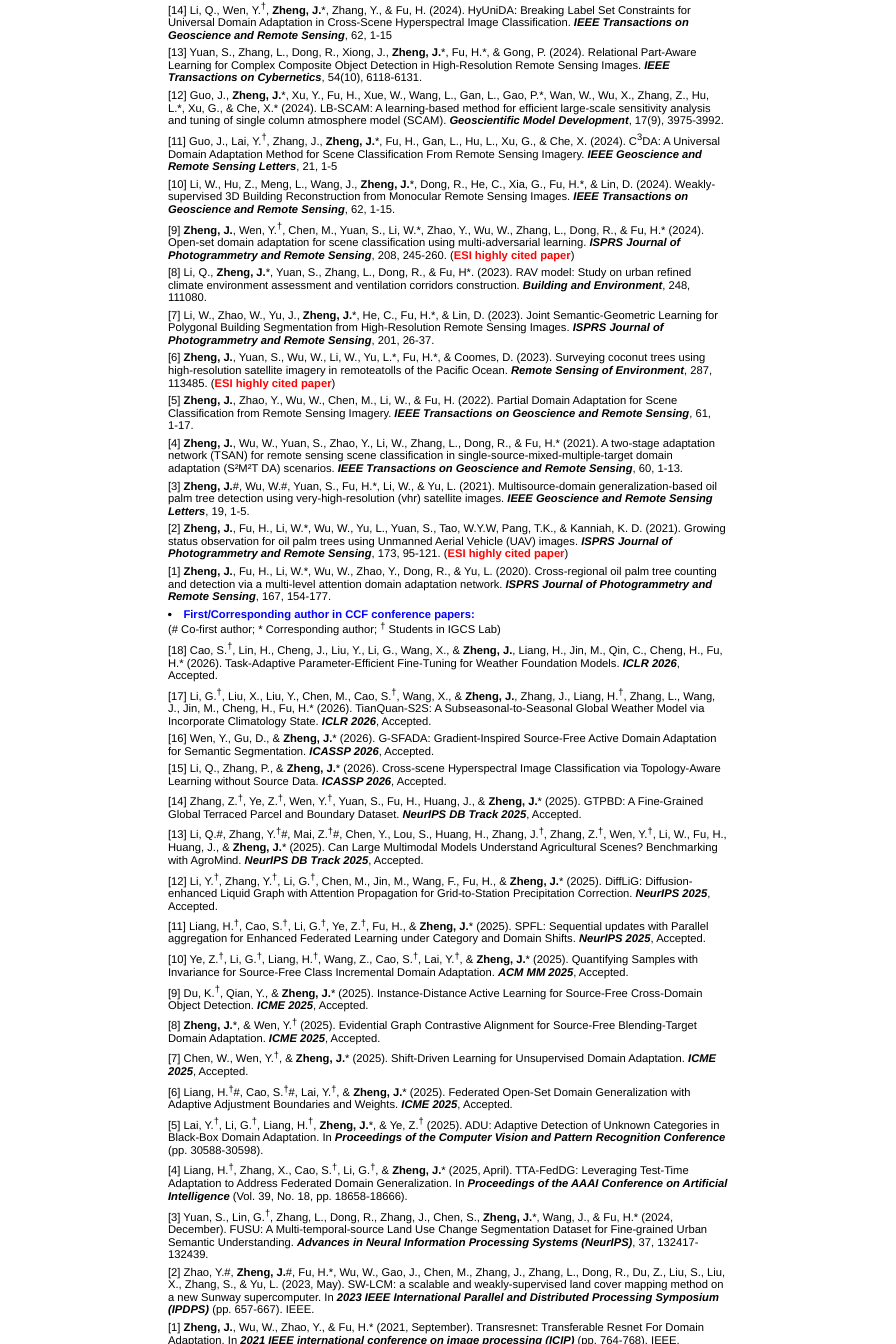
Repository: rssysu/rssysu.github.io
Page: assets/resume/zjp.html
The author's editor kept a copy of each file at every save. The page is drawn from the files as they stood at one save, then again after the next save.
The browser window is 1280 px wide. The pictures show the part of the page from y = 2365 to 4285 px (the page is 4692 px tall), at 70% of full size.

Above is the page before, as saved 2026-01-27 11:29:49.

### assets/resume/zjp.html
<!DOCTYPE html>
<html xmlns="http://www.w3.org/1999/xhtml" lang="" xml:lang="">
<head>
  <meta charset="utf-8" />
  <meta name="generator" content="pandoc" />
  <meta name="viewport" content="width=device-width, initial-scale=1.0, user-scalable=yes" />
  <title>zjp</title>
  <style>
    code{white-space: pre-wrap;}
    span.smallcaps{font-variant: small-caps;}
    div.columns{display: flex; gap: min(4vw, 1.5em);}
    div.column{flex: auto; overflow-x: auto;}
    div.hanging-indent{margin-left: 1.5em; text-indent: -1.5em;}
    /* The extra [class] is a hack that increases specificity enough to
       override a similar rule in reveal.js */
    ul.task-list[class]{list-style: none;}
    ul.task-list li input[type="checkbox"] {
      font-size: inherit;
      width: 0.8em;
      margin: 0 0.8em 0.2em -1.6em;
      vertical-align: middle;
    }
    .display.math{display: block; text-align: center; margin: 0.5rem auto;}
  </style>
  <link rel="stylesheet" href="style.css" />
</head>
<body>
<h1 id="juepeng-zheng">Juepeng Zheng</h1>
<table>
<tbody>
<tr class="odd">
<td>zhengjp8@mail.sysu.edu.cn</td>
<td style="text-align: left;"></td>
</tr>
<tr class="even">
<td>+8618916373612</td>
<td style="text-align: left;"></td>
</tr>
</tbody>
</table>
<h2 id="work-experience">Work Experience</h2>
<dl>
<dt>2026.1-Present</dt>
<dd>
<p><strong>Sun Yat‑Sen University</strong></p>
<ul>
<li>Associate Professor in School of Artificial Intelligence</li>
</ul>
</dd>
<dt>2023.4-2025.12</dt>
<dd>
<p><strong>Sun Yat‑Sen University</strong></p>
<ul>
<li>Assistant Professor in School of Artificial Intelligence</li>
</ul>
</dd>
<dt>2014.9-2016.9</dt>
<dd>
<p><strong>People’s Armed Police</strong></p>
<ul>
<li>Soldier</li>
</ul>
</dd>
</dl>
<h2 id="education">Education</h2>
<dl>
<dt>2019.9-2023.4</dt>
<dd>
<p><strong>PH.D., DEPARTMENT OF EARTH SYSTEM SCIENCE; Tsinghua
University</strong></p>
<ul>
<li>Advisor: <a
href="http://www.thuhpgc.net/mediawiki/index.php/Haohuan_Fu">Prof.Haohuan
Fu</a></li>
</ul>
</dd>
<dt>2013.9-2019.6</dt>
<dd>
<p><strong>B.S., SCHOOL OF SURVEYING AND GEO‑INFOMATICS; Tongji University</strong></p>
<ul>
<li>Advisor: <a href="https://celiang.tongji.edu.cn/info/1300/2401.htm">Prof.Huan Xie</a></li>
</ul>
</dd>
</dl>
<h2 id="courses">Courses</h2>
<dl>
<dt>Undergraduate</dt>
<dd>
<p><strong>Digital Signal Processing &amp; Experiment of Digital Signal
Processing</strong></p>
<ul>
<li>2023/2024/2025 Fall</li>
</ul>
</dd>
<dt>Graduate</dt>
<dd>
<p><strong>Deep Learning</strong></p>
<ul>
<li>2023/2024/2025 Fall</li>
</ul>
</dd>
</dl>
<h2 id="project">Project</h2>
<dl>
<dt>2025-2027</dt>
<dd>
<p><strong>Growing Status Observation of Individual Trees</strong></p>
<ul>
<li>National Natural Science Foundation of China</li>
</ul>
</dd>
<dt>2024-2026</dt>
<dd>
<p><strong>High‑Resolution Land Dataset Production</strong></p>
<ul>
<li>National Key Research and Development Plan</li>
</ul>
</dd>
<dt>2026-2028</dt>
<dd>
<p><strong>High-Resolution Regional Weather Forecasting with AI</strong></p>
<ul>
<li>Guangdong Science &amp; Technology Department</li>
</ul>
</dd>
<dt>2024-2025</dt>
<dd>
<p><strong>Multi-Scale and Spatiotemporal Sub-Seasonal Forecast</strong></p>
<ul>
<li>Huawei</li>
</ul>
</dd>
<dt>2024-2025</dt>
<dd>
<p><strong>AI Generation of Engineering Report</strong></p>
<ul>
<li>Shanghai Urban Construction Design and Research Institute</li>
</ul>
</dd>
<dt>2023-2024</dt>
<dd>
<p><strong>AI‑based VOCs Retracing and Simulation</strong></p>
<ul>
<li>Yanshan Petrochemical Company</li>
</ul>
</dd>
</dl>
<h2 id="professional-service">Professional Service</h2>
<p><strong>Guest Editor</strong></p>
<p>Remote Sensing</p>
<p>Forests</p>
<p><strong>Reviewer</strong></p>
<p>SCI Journals:</p>
<ul>
<li>Remote Sensing of Environment, ISPRS Journal of Photogrammetry and Remote Sensing, IEEE Transactions on Multimedia, IEEE Transactions on Neural Networks and Learning Systems, IEEE Transactions on Geoscience and Remote Sensing, Science of Remote Sensing, Scientific Data, GIScience &amp; Remote Sensing, International Journal of Digital Earth, Computers and Electronics in Agriculture, IEEE Journal of Selected Topics in Applied Earth Observations and Remote Sensing, Future Generation Computer Systems, etc.</li>
</ul>
<p>CCF Conferences:</p>
<ul>
<li>ICML (25'), ICLR (25'/26'), NeurIPS (24'/25'), CVPR (25'), ICCV (25'), ACL (26'), AAAI (26'), ACM MM (24'/25'), IJCAI (24'/25'), etc.</li>
</ul>
<h2 id="publication">Publication</h2>
<li><b><font color="blue">First/Corresponding author in SCI papers:</font></b></li>
<p>(# Co-first author; * Corresponding author; <sup>&#8224</sup> Students in IGCS Lab)</p>
<p>[23] <b>Zheng, J.</b>, Ye, Z.<sup>&#8224</sup>, Wen, Y.<sup>&#8224</sup>, Huang, J.*, Zhang, Z.<sup>&#8224</sup>, Li, Q.*, Hu, Q., Xu, B., Zhao, L., &amp; Fu, H. (2026). A Comprehensive Review of Agricultural Parcel and Boundary Delineation from Remote Sensing Images: Recent Progress and Future Perspectives. <b><em>IEEE Geoscience and Remote Sensing Magazine</em></b>, Accepted.</p>
<p>[22] Guo, J., <b>Zheng, J.</b>*, Liang, Y.<sup>&#8224</sup>, Wen, Y.<sup>&#8224</sup>, Yu, B., Hu, J., Huang, J., &amp; Fu, H. (2026). Towards Cross-Regional Land Cover Mapping Using Regional Consistency and Certainty-based Active Domain Adaptation with Limited Annotations. <b><em>IEEE Journal of Selected Topics in Applied Earth Observations and Remote Sensing</em></b>, Accepted.</p>
<p>[21] Wang, W., <b>Zheng, J.</b>*, Ren, B., Yin, Z., Wan, W., Wang, Y., Gan, L., Zhang, Z., Zhang, W., Fu, H., &amp; Chen, X. (2025). Accelerating 3D Seismic Wave Simulations on ARM Using a Hybrid Half-Precision and Scalable Vector Extension Approach. <b><em>Geophysical Journal International</em></b>, Accepted.</p>
<p>[20] <b>Zheng, J.</b>, Li, G.<sup>&#8224</sup>, Wen, Y.<sup>&#8224</sup>, Zhang, J., Dong, R., &amp; Fu, H.* (2025). Evidential Graph Contrastive Alignment for Source-Free Blending-Target Domain Adaptation. <b><em>IEEE Transactions on Neural Networks and Learning Systems</em></b>, Early Access.</p>
<p>[19] Li, Q., Zhang, Y.<sup>&#8224</sup>, <b>Zheng, J.</b>*, Zhang, Y., Huang, J., &amp; Fu, H. (2025). Boosting Universal Domain Adaptation in Remote Sensing with Dual-Classifiers Consistency Discrimination and Cross-Domain Feature Mixup. <b><em>IEEE Transactions on Geoscience and Remote Sensing</em></b>, 63, 1-15.</p>
<p>[18] Liang, Y.#<sup>&#8224</sup>, Cao, S.#<sup>&#8224</sup>, <b>Zheng, J.</b>*, Zhang, X., Huang, J., &amp; Fu, H. (2025). Low Saturation Confidence Distribution-based Test-Time Adaptation for Cross-Domain Remote Sensing Image Classification. <b><em>International Journal of Applied Earth Observation and Geoinformation</em></b>, 139, 104463.</p>
<p>[17] Chen, W., Wen, Y.<sup>&#8224</sup>, <b>Zheng, J.</b>*, Huang, J., &amp; Fu, H. (2025). BAN: A Universal Paradigm For Cross-Scene Classification Under Noisy Annotations From RGB And Hyperspectral Remote Sensing Images. <b><em>IEEE Transactions on Geoscience and Remote Sensing</em></b>, 63, 1-13.</p>
<p>[16] Wu, X., Hu, L., <b>Zheng, J.</b>*, Wang, L., Lu, H., &amp; Fu, H. (2025). A Multilevel Surrogate Model-Based Precipitation Parameter Tuning Method for CAM5 Using Remote Sensing Data for Validation. <b><em>Remote Sensing</em></b>, 17(3), 408.</p>
<p>[15] <b>Zheng, J.</b>#, Yuan, S.#, Li, W.*, Fu, H.*, Yu, L., &amp; Huang, J. (2025). A review of individual tree crown detection and delineation from optical remote sensing images. <b><em>IEEE Geoscience and Remote Sensing Magazine</em></b>, 13(1), 209-236.</p>
<p>[14] Li, Q., Wen, Y.<sup>&#8224</sup>, <b>Zheng, J.</b>*, Zhang, Y., &amp; Fu, H. (2024). HyUniDA: Breaking Label Set Constraints for Universal Domain Adaptation in Cross-Scene Hyperspectral Image Classification. <b><em>IEEE Transactions on Geoscience and Remote Sensing</em></b>, 62, 1-15</p>
<p>[13] Yuan, S., Zhang, L., Dong, R., Xiong, J., <b>Zheng, J.</b>*, Fu, H.*, &amp; Gong, P. (2024). Relational Part-Aware Learning for Complex Composite Object Detection in High-Resolution Remote Sensing Images. <b><em>IEEE Transactions on Cybernetics</em></b>, 54(10), 6118-6131.</p>
<p>[12] Guo, J., <b>Zheng, J.</b>*, Xu, Y., Fu, H., Xue, W., Wang, L., Gan, L., Gao, P.*, Wan, W., Wu, X., Zhang, Z., Hu, L.*, Xu, G., &amp; Che, X.* (2024). LB-SCAM: A learning-based method for efficient large-scale sensitivity analysis and tuning of single column atmosphere model (SCAM). <b><em>Geoscientific Model Development</em></b>, 17(9), 3975-3992.</p>
<p>[11] Guo, J., Lai, Y.<sup>&#8224</sup>, Zhang, J., <b>Zheng, J.</b>*, Fu, H., Gan, L., Hu, L., Xu, G., &amp; Che, X. (2024). C<sup>3</sup>DA: A Universal Domain Adaptation Method for Scene Classification From Remote Sensing Imagery. <b><em>IEEE Geoscience and Remote Sensing Letters</em></b>, 21, 1-5</p>
<p>[10] Li, W., Hu, Z., Meng, L., Wang, J., <b>Zheng, J.</b>*, Dong, R., He, C., Xia, G., Fu, H.*, &amp; Lin, D. (2024). Weakly-supervised 3D Building Reconstruction from Monocular Remote Sensing Images. <b><em>IEEE Transactions on Geoscience and Remote Sensing</em></b>, 62, 1-15.</p>
<p>[9] <b>Zheng, J.</b>, Wen, Y.<sup>&#8224</sup>, Chen, M., Yuan, S., Li, W.*, Zhao, Y., Wu, W., Zhang, L., Dong, R., &amp; Fu, H.* (2024). Open‑set domain adaptation for scene classification using multi‑adversarial learning. <b><em>ISPRS Journal of Photogrammetry and Remote Sensing</em></b>, 208, 245‑260. (<b><font color="red">ESI highly cited paper</font></b>)</p>
<p>[8] Li, Q., <b>Zheng, J.</b>*, Yuan, S., Zhang, L., Dong, R., &amp; Fu, H*. (2023). RAV model: Study on urban refined climate environment assessment and ventilation corridors construction. <b><em>Building and Environment</em></b>, 248, 111080.</p>
<p>[7] Li, W., Zhao, W., Yu, J., <b>Zheng, J.</b>*, He, C., Fu, H.*, &amp; Lin, D. (2023). Joint Semantic‑Geometric Learning for Polygonal Building Segmentation from High‑Resolution Remote Sensing Images. <b><em>ISPRS Journal of Photogrammetry and Remote Sensing</em></b>, 201, 26‑37.</p>
<p>[6] <b>Zheng, J.</b>, Yuan, S., Wu, W., Li, W., Yu, L.*, Fu, H.*, &amp; Coomes, D. (2023). Surveying coconut trees using high‑resolution satellite imagery in remoteatolls of the Pacific Ocean. <b><em>Remote Sensing of Environment</em></b>, 287, 113485. (<b><font color="red">ESI highly cited paper</font></b>)</p>
<p>[5] <b>Zheng, J.</b>, Zhao, Y., Wu, W., Chen, M., Li, W., &amp; Fu, H. (2022). Partial Domain Adaptation for Scene Classification from Remote Sensing Imagery. <b><em>IEEE Transactions on Geoscience and Remote Sensing</em></b>, 61, 1‑17.</p>
<p>[4] <b>Zheng, J.</b>, Wu, W., Yuan, S., Zhao, Y., Li, W., Zhang, L., Dong, R., &amp; Fu, H.* (2021). A two‑stage adaptation network (TSAN) for remote sensing scene classification in single‑source‑mixed‑multiple‑target domain adaptation (S²M²T DA) scenarios. <b><em>IEEE Transactions on Geoscience and Remote Sensing</em></b>, 60, 1‑13.</p>
<p>[3] <b>Zheng, J.</b>#, Wu, W.#, Yuan, S., Fu, H.*, Li, W., &amp; Yu, L. (2021). Multisource‑domain generalization‑based oil palm tree detection using very‑high‑resolution (vhr) satellite images. <b><em>IEEE Geoscience and Remote Sensing Letters</em></b>, 19, 1‑5.</p>
<p>[2] <b>Zheng, J.</b>, Fu, H., Li, W.*, Wu, W., Yu, L., Yuan, S., Tao, W.Y.W, Pang, T.K., &amp; Kanniah, K. D. (2021). Growing status observation for oil palm trees using Unmanned Aerial Vehicle (UAV) images. <b><em>ISPRS Journal of Photogrammetry and Remote Sensing</em></b>, 173, 95‑121. (<b><font color="red">ESI highly cited paper</font></b>)</p>
<p>[1] <b>Zheng, J.</b>, Fu, H., Li, W.*, Wu, W., Zhao, Y., Dong, R., &amp; Yu, L. (2020). Cross‑regional oil palm tree counting and detection via a multi‑level attention domain adaptation network. <b><em>ISPRS Journal of Photogrammetry and Remote Sensing</em></b>, 167, 154‑177.</p>
<p></p>
<li><b><font color="blue">First/Corresponding author in CCF conference papers:</font></b></li>
<p>(# Co-first author; * Corresponding author; <sup>&#8224</sup> Students in IGCS Lab)</p>
<p>[18] Cao, S.<sup>&#8224</sup>, Lin, H., Cheng, J., Liu, Y., Li, G., Wang, X., &amp; <b>Zheng, J.</b>, Liang, H., Jin, M., Qin, C., Cheng, H., Fu, H.* (2026). Task-Adaptive Parameter-Efficient Fine-Tuning for Weather Foundation Models. <b><em>ICLR 2026</em></b>, Accepted.</p>
<p>[17] Li, G.<sup>&#8224</sup>, Liu, X., Liu, Y., Chen, M., Cao, S.<sup>&#8224</sup>, Wang, X., &amp; <b>Zheng, J.</b>, Zhang, J., Liang, H.<sup>&#8224</sup>, Zhang, L., Wang, J., Jin, M., Cheng, H., Fu, H.* (2026). TianQuan-S2S: A Subseasonal-to-Seasonal Global Weather Model via Incorporate Climatology State. <b><em>ICLR 2026</em></b>, Accepted.</p>
<p>[16] Wen, Y., Gu, D., &amp; <b>Zheng, J.</b>* (2026). G-SFADA: Gradient-Inspired Source-Free Active Domain Adaptation for Semantic Segmentation. <b><em>ICASSP 2026</em></b>, Accepted.</p>
<p>[15] Li, Q., Zhang, P., &amp; <b>Zheng, J.</b>* (2026). Cross-scene Hyperspectral Image Classification via Topology-Aware Learning without Source Data. <b><em>ICASSP 2026</em></b>, Accepted.</p>
<p>[14] Zhang, Z.<sup>&#8224</sup>, Ye, Z.<sup>&#8224</sup>, Wen, Y.<sup>&#8224</sup>, Yuan, S., Fu, H., Huang, J., &amp; <b>Zheng, J.</b>* (2025). GTPBD: A Fine-Grained Global Terraced Parcel and Boundary Dataset. <b><em>NeurIPS DB Track 2025</em></b>, Accepted.</p>
<p>[13] Li, Q.#, Zhang, Y.<sup>&#8224</sup>#, Mai, Z.<sup>&#8224</sup>#, Chen, Y., Lou, S., Huang, H., Zhang, J.<sup>&#8224</sup>, Zhang, Z.<sup>&#8224</sup>, Wen, Y.<sup>&#8224</sup>, Li, W., Fu, H., Huang, J., &amp; <b>Zheng, J.</b>* (2025). Can Large Multimodal Models Understand Agricultural Scenes? Benchmarking with AgroMind. <b><em>NeurIPS DB Track 2025</em></b>, Accepted.</p>
<p>[12] Li, Y.<sup>&#8224</sup>, Zhang, Y.<sup>&#8224</sup>, Li, G.<sup>&#8224</sup>, Chen, M., Jin, M., Wang, F., Fu, H., &amp; <b>Zheng, J.</b>* (2025). DiffLiG: Diffusion-enhanced Liquid Graph with Attention Propagation for Grid-to-Station Precipitation Correction. <b><em>NeurIPS 2025</em></b>, Accepted.</p>
<p>[11] Liang, H.<sup>&#8224</sup>, Cao, S.<sup>&#8224</sup>, Li, G.<sup>&#8224</sup>, Ye, Z.<sup>&#8224</sup>, Fu, H., &amp; <b>Zheng, J.</b>* (2025). SPFL: Sequential updates with Parallel aggregation for Enhanced Federated Learning under Category and Domain Shifts. <b><em>NeurIPS 2025</em></b>, Accepted.</p>
<p>[10] Ye, Z.<sup>&#8224</sup>, Li, G.<sup>&#8224</sup>, Liang, H.<sup>&#8224</sup>, Wang, Z., Cao, S.<sup>&#8224</sup>, Lai, Y.<sup>&#8224</sup>, &amp; <b>Zheng, J.</b>* (2025). Quantifying Samples with Invariance for Source-Free Class Incremental Domain Adaptation. <b><em>ACM MM 2025</em></b>, Accepted.</p>
<p>[9] Du, K.<sup>&#8224</sup>, Qian, Y., &amp; <b>Zheng, J.</b>* (2025). Instance-Distance Active Learning for Source-Free Cross-Domain Object Detection. <b><em>ICME 2025</em></b>, Accepted.</p>
<p>[8] <b>Zheng, J.</b>*, &amp; Wen, Y.<sup>&#8224</sup> (2025). Evidential Graph Contrastive Alignment for Source-Free Blending-Target Domain Adaptation. <b><em>ICME 2025</em></b>, Accepted.</p>
<p>[7] Chen, W., Wen, Y.<sup>&#8224</sup>, &amp; <b>Zheng, J.</b>* (2025). Shift-Driven Learning for Unsupervised Domain Adaptation. <b><em>ICME 2025</em></b>, Accepted.</p>
<p>[6] Liang, H.<sup>&#8224</sup>#, Cao, S.<sup>&#8224</sup>#, Lai, Y.<sup>&#8224</sup>, &amp; <b>Zheng, J.</b>* (2025). Federated Open-Set Domain Generalization with Adaptive Adjustment Boundaries and Weights. <b><em>ICME 2025</em></b>, Accepted.</p>
<p>[5] Lai, Y.<sup>&#8224</sup>, Li, G.<sup>&#8224</sup>, Liang, H.<sup>&#8224</sup>, <b>Zheng, J.</b>*, &amp; Ye, Z.<sup>&#8224</sup> (2025). ADU: Adaptive Detection of Unknown Categories in Black-Box Domain Adaptation. In <b><em>Proceedings of the Computer Vision and Pattern Recognition Conference</em></b>  (pp. 30588-30598).</p>
<p>[4] Liang, H.<sup>&#8224</sup>, Zhang, X., Cao, S.<sup>&#8224</sup>, Li, G.<sup>&#8224</sup>, &amp; <b>Zheng, J.</b>* (2025, April). TTA-FedDG: Leveraging Test-Time Adaptation to Address Federated Domain Generalization. In <b><em>Proceedings of the AAAI Conference on Artificial Intelligence</em></b> (Vol. 39, No. 18, pp. 18658-18666).</p>
<p>[3] Yuan, S., Lin, G.<sup>&#8224</sup>, Zhang, L., Dong, R., Zhang, J., Chen, S., <b>Zheng, J.</b>*, Wang, J., &amp; Fu, H.* (2024, December). FUSU: A Multi-temporal-source Land Use Change Segmentation Dataset for Fine-grained Urban Semantic Understanding. <b><em>Advances in Neural Information Processing Systems (NeurIPS)</em></b>, 37, 132417-132439.</p>
<p>[2] Zhao, Y.#, <b>Zheng, J.</b>#, Fu, H.*, Wu, W., Gao, J., Chen, M., Zhang, J., Zhang, L., Dong, R., Du, Z., Liu, S., Liu, X., Zhang, S., &amp; Yu, L. (2023, May). SW-LCM: a scalable and weakly-supervised land cover mapping method on a new Sunway supercomputer. In <b><em>2023 IEEE International Parallel and Distributed Processing Symposium (IPDPS)</em></b> (pp. 657-667). IEEE.</p>
<p>[1] <b>Zheng, J.</b>, Wu, W., Zhao, Y., &amp; Fu, H.* (2021, September). Transresnet: Transferable Resnet For Domain Adaptation. In <b><em>2021 IEEE international conference on image processing (ICIP)</em></b> (pp. 764-768). IEEE.</p>
<h2 id="selected-awards">Selected Awards</h2>
<p>2025, <strong>Award</strong>, 13th Teacher's Teaching Competition (Second‑Prize), Sun Yat-Sen Univ.</p>
<p>2024, <strong>Award</strong>, 12th Teacher's Teaching Competition (Second‑Prize), Sun Yat-Sen Univ.</p>
<p>2023, <strong>Award</strong>, Wu Wenjun AI Science and Technology Award (Second‑Prize), CAAI</p>
<p>2023, <strong>Award</strong>, Outstanding PhD Graduate in Beijing, Beijing</p>
<p>2022, <strong>Award</strong>, Nominated for the Best Application of China’s Supercomputing of the Year, CCF</p>
<p>2021, <strong>Scholarship</strong>, National Scholarship for Graduate Student, China</p>
<p>2019, <strong>Scholarship</strong>, Future Researcher Scholarship, Tsinghua Univ.</p>
<p>2019, <strong>Award</strong>, Outstanding Graduate in Shanghai, Shanghai</p>
<p>2019, <strong>Scholarship</strong>, “Zhui Qiu Zhuo Yue” Student, Tongji Univ.</p>
<p>2019, <strong>Award</strong>, May 4th Youth Medal of Tongji University, Tongji Univ.</p>
<p>2017, <strong>Scholarship</strong>, National Scholarship for Undergraduate Student, China</p>
<p>2016, <strong>Award</strong>, Outstanding Soldier, China</p>
<p>2015, <strong>Award</strong>, Outstanding Soldier, China</p>
</body>
</html>

### assets/resume/style.css
/*
 * Copyright 2013 Christophe-Marie Duquesne <chmd@chmd.fr>
 *
 * CSS for making a resume with pandoc. Inspired by moderncv.
 *
 * This CSS document is delivered to you under the CC BY-SA 3.0 License.
 * https://creativecommons.org/licenses/by-sa/3.0/deed.en_US
 */

/* Whole document */
body {
    font-family: "Helvetica Neue", Helvetica, Arial, sans-serif;
    width: 800px;
    margin: auto;
    background: #FFFFFF;
    padding: 10px 10px 10px 10px;
}

/*
.title {
    display: none;
}
*/

/* Title of the resume */
h1 {
    font-size: 55px;
    color: #757575;
    text-align:center;
    margin-bottom:15px;
}

/* Titles of categories */
h2 {
    color: #397249;
}
/* There is a bar just before each category */
h2:before {
    content: "";
    display: inline-block;
    margin-right:1%;
    width: 16%;
    height: 10px;
    background-color: #9CB770;
}

/* Definitions */
dt {
    float: left;
    clear: left;
    width: 17%;
    font-weight: bold;
}
dd {
    margin-left: 17%;
}
p {
    margin-top:0;
    margin-bottom:7px;
}

/* Blockquotes */
blockquote {
    text-align: center
}

/* Links */
a {
    text-decoration: none;
    color: #397249;
}
a:hover, a:active {
    background-color: #397249;
    color: #FFFFFF;
    text-decoration: none;
    text-shadow: 1px 1px 1px #333;
}

/* Horizontal separators */
hr {
    color: #A6A6A6;
}

After the next save:
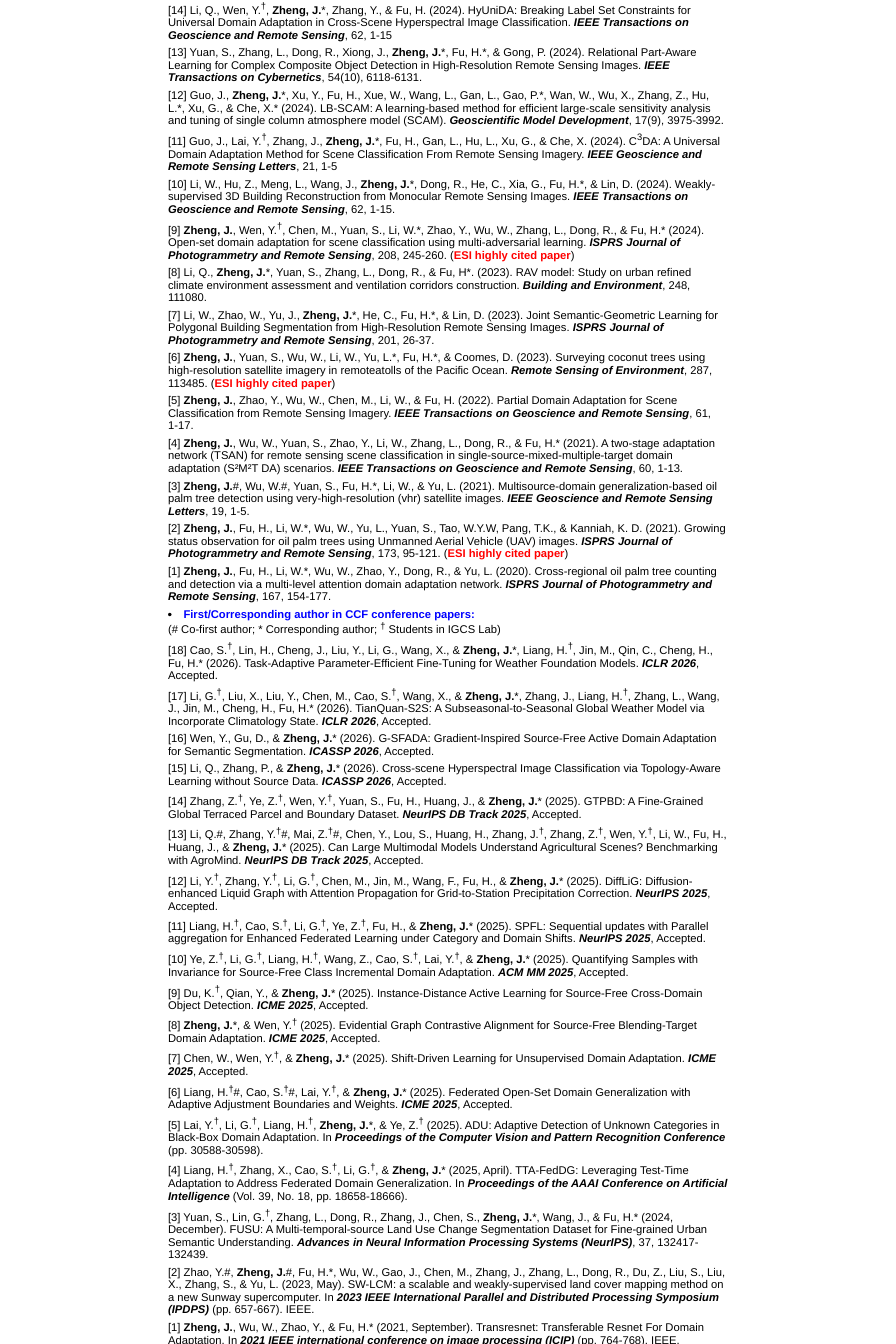
Saved 2 min 2 s later.
--- a/assets/resume/zjp.html
+++ b/assets/resume/zjp.html
@@ -187,8 +187,8 @@ Processing</strong></p>
 <p></p>
 <li><b><font color="blue">First/Corresponding author in CCF conference papers:</font></b></li>
 <p>(# Co-first author; * Corresponding author; <sup>&#8224</sup> Students in IGCS Lab)</p>
-<p>[18] Cao, S.<sup>&#8224</sup>, Lin, H., Cheng, J., Liu, Y., Li, G., Wang, X., &amp; <b>Zheng, J.</b>, Liang, H., Jin, M., Qin, C., Cheng, H., Fu, H.* (2026). Task-Adaptive Parameter-Efficient Fine-Tuning for Weather Foundation Models. <b><em>ICLR 2026</em></b>, Accepted.</p>
-<p>[17] Li, G.<sup>&#8224</sup>, Liu, X., Liu, Y., Chen, M., Cao, S.<sup>&#8224</sup>, Wang, X., &amp; <b>Zheng, J.</b>, Zhang, J., Liang, H.<sup>&#8224</sup>, Zhang, L., Wang, J., Jin, M., Cheng, H., Fu, H.* (2026). TianQuan-S2S: A Subseasonal-to-Seasonal Global Weather Model via Incorporate Climatology State. <b><em>ICLR 2026</em></b>, Accepted.</p>
+<p>[18] Cao, S.<sup>&#8224</sup>, Lin, H., Cheng, J., Liu, Y., Li, G., Wang, X., &amp; <b>Zheng, J.</b>*, Liang, H.<sup>&#8224</sup>, Jin, M., Qin, C., Cheng, H., Fu, H.* (2026). Task-Adaptive Parameter-Efficient Fine-Tuning for Weather Foundation Models. <b><em>ICLR 2026</em></b>, Accepted.</p>
+<p>[17] Li, G.<sup>&#8224</sup>, Liu, X., Liu, Y., Chen, M., Cao, S.<sup>&#8224</sup>, Wang, X., &amp; <b>Zheng, J.</b>*, Zhang, J., Liang, H.<sup>&#8224</sup>, Zhang, L., Wang, J., Jin, M., Cheng, H., Fu, H.* (2026). TianQuan-S2S: A Subseasonal-to-Seasonal Global Weather Model via Incorporate Climatology State. <b><em>ICLR 2026</em></b>, Accepted.</p>
 <p>[16] Wen, Y., Gu, D., &amp; <b>Zheng, J.</b>* (2026). G-SFADA: Gradient-Inspired Source-Free Active Domain Adaptation for Semantic Segmentation. <b><em>ICASSP 2026</em></b>, Accepted.</p>
 <p>[15] Li, Q., Zhang, P., &amp; <b>Zheng, J.</b>* (2026). Cross-scene Hyperspectral Image Classification via Topology-Aware Learning without Source Data. <b><em>ICASSP 2026</em></b>, Accepted.</p>
 <p>[14] Zhang, Z.<sup>&#8224</sup>, Ye, Z.<sup>&#8224</sup>, Wen, Y.<sup>&#8224</sup>, Yuan, S., Fu, H., Huang, J., &amp; <b>Zheng, J.</b>* (2025). GTPBD: A Fine-Grained Global Terraced Parcel and Boundary Dataset. <b><em>NeurIPS DB Track 2025</em></b>, Accepted.</p>
